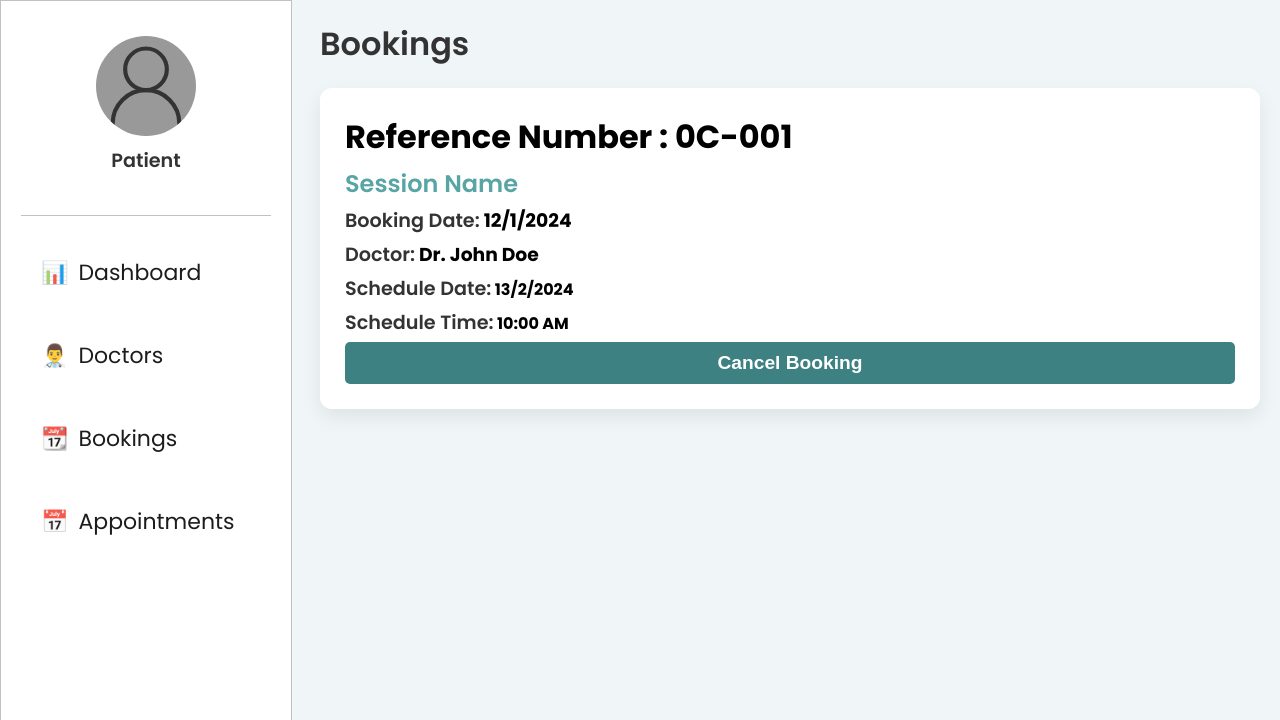
Repository: AriaFantom/Minor-Project
Page: http://localhost/Project/dashboard/patient/booking.jsp
An editor plug-in stored every save of this project. The page is shown before and after the next save, followed by the edit.
The browser window is 1280 px wide. The pictures show the whole page.
Some web fonts or font styles are not loaded; a fallback is used. The page is served by Tomcat 10. Other server files are loaded and not shown. Queries for data that is not in the repository find no rows.

Above is the page before, as saved 2024-12-14 05:50:03.

### Project/src/main/webapp/dashboard/patient/booking.jsp
<%@ page language="java" contentType="text/html; charset=UTF-8"
    pageEncoding="UTF-8"%>
        <%@page import="java.sql.*" %>
<%@ page import="java.text.SimpleDateFormat" %>
<%@ page import="java.util.Date" %>
<!DOCTYPE html>
<html lang="en">
<head>
    <meta charset="UTF-8">
    <title>Title</title>
    <link rel="stylesheet" href="../../css/patient-panel.css">
</head>
<body>
<aside class="side-bar">
    <div class="user-info">
        <svg xmlns="http://www.w3.org/2000/svg" width="24" height="24" viewBox="0 0 24 24" fill="none"
             stroke="currentColor"
             stroke-width="1" stroke-linecap="round" stroke-linejoin="round" class="user-avatar">
            <circle cx="12" cy="8" r="5"/>
            <path d="M20 21a8 8 0 0 0-16 0"/>
        </svg>
        <p>Patient</p>
    </div>
    <ul class="siderbar-navlinks">
        <li>
            <a href="panel.jsp">
                <div class="icon">📊</div>
                Dashboard
            </a>
        </li>
        <li>
            <a href="doctor.jsp">
                <div class="icon">👨‍⚕️</div>
                Doctors
            </a>
        </li>
        <li>
            <a href="bookings.jsp">
                <div class="icon">📆</div>
                Bookings
            </a>
        </li>
        <li>
            <a href="appointments.jsp">
                <div class="icon">📅</div>
                Appointments
            </a>
        </li>
    </ul>
</aside>
<main>
    <div class="top-heading">
        <h4 class="panel-heading">Bookings</h4>
    </div>
    <div class="bookings-container">
        <div class="bookings-card">
            <h1>Reference Number : 0C-001</h1>
            <h2>Session Name</h2>
            <h3><span class="highlight-text">Booking Date:</span> 12/1/2024</h3>
            <h3><span class="highlight-text">Doctor:</span> Dr. John Doe</h3>
            <h4><span class="highlight-text">Schedule Date:</span> 13/2/2024</h4>
            <h4><span class="highlight-text">Schedule Time:</span> 10:00 AM</h4>
            <button class="add-button">Cancel Booking</button>
        </div>
    </div>
</main>
</body>
</html>

### Project/src/main/webapp/css/patient-panel.css
@import url('https://fonts.googleapis.com/css2?family=DM+Serif+Text:ital@0;1&family=PT+Sans:ital,wght@0,400;0,700;1,400;1,700&family=Poppins:ital,wght@0,100;0,200;0,300;0,400;0,500;0,600;0,700;0,800;0,900;1,100;1,200;1,300;1,400;1,500;1,600;1,700;1,800;1,900&family=Ubuntu:ital,wght@0,300;0,400;0,500;0,700;1,300;1,400;1,500;1,700&display=swap');

* {
    margin: 0;
    padding: 0;
}

body {
    background-color: #f0f6f8;
}


.side-bar {
    background: #fff;
    font-family: "Poppins", sans-serif;
    position: fixed;
    padding: 5px 20px;
    top: 0;
    left: 0;
    width: 250px;
    height: 100%;
    border: 1px solid rgba(51, 51, 51, 0.3);
    transition: 0.5s;
}

.user-info {
    display: flex;
    flex-direction: column;
    justify-content: center;
    align-items: center;
    padding: 30px 0px;
    border-bottom: 1px solid rgba(51, 51, 51, 0.3);
}

.user-avatar {
    width: 100px;
    height: 100px;
    border-radius: 50%;
    color: #333333;
    background: #999999;
}

.user-info p {
    margin: 10px 0;
    font-size: 1.2rem;
    font-weight: 600;
    color: #333333;
}

/* Nav Links */

.siderbar-navlinks {
    display: flex;
    flex-direction: column;
    gap: 10px;
    margin-top: 20px;
    list-style: none;
}

.side-bar li,
.side-bar a {
    text-decoration: none;
    font-size: 22px;
    display: flex;
    color: rgba(0, 0, 0, 0.89);
    gap: 10px;
    align-items: center;
    cursor: pointer;
    padding: 10px;
    transition: 0.5s;
}

.side-bar li:hover {
    background: #96c2c2;
    border-radius: 5px;
}

main {
    font-family: "Poppins", sans-serif;
    margin-left: 300px;
    padding: 20px;

}

.top-heading {
    display: flex;
    flex-direction: row;
    justify-content: space-between;
    margin-bottom: 20px;
}

.add-button {
    background-color: #3d8182;
    color: white;
    padding: 10px 20px;
    border-radius: 5px;
    font-size: 1.2rem;
    font-weight: 600;
    cursor: pointer;
    transition: 0.5s;
    border: none;
}

.panel-heading {
    font-size: 2rem;
    font-weight: 600;
    color: #333333;
}

.stats-container {
    display: grid;
    grid-template-columns: repeat(4, 1fr);
    gap: 20px;

    width: 100%;
}

.stats-card {
    background-color: white;
    border-radius: 12px;
    box-shadow: 0 8px 20px rgba(0, 0, 0, 0.08);
    padding: 25px;
    text-align: center;
    transition: all 0.3s ease;
    position: relative;
    overflow: hidden;
}

.stats-card:hover {
    transform: translateY(-10px);
    box-shadow: 0 12px 25px rgba(0, 0, 0, 0.12);
}

.stats-icon {
    font-size: 45px;
    margin-bottom: 15px;
    opacity: 0.7;
}

.stats-number {
    font-size: 36px;
    font-weight: bold;
    color: #2c3e50;
    margin-bottom: 10px;
}

.stats-label {
    font-size: 14px;
    color: #7f8c8d;
    text-transform: uppercase;
    letter-spacing: 1px;
}

/* All the tables in the main section */
.container {
    margin: 20px 10px;
    display: flex;
    gap: 40px;
    justify-content: space-between;
}

.appointment-table {
    width: 100%;
    border-collapse: collapse;
    background-color: #fff;
    border-radius: 10px;
    box-shadow: 0 4px 6px rgba(0, 0, 0, 0.1);
    overflow: hidden;
}

.appointment-table caption {
    font-size: 1.5em;
    font-weight: bold;
    padding: 10px;
    text-align: center;
    background-color: #f1f1f1;
    border-bottom: 2px solid #ddd;
}

.appointment-table th, .appointment-table td {

    padding: 12px 18px;
    text-align: center;
    border-bottom: 1px solid #ddd;
}

.appointment-table th {
    background-color: #f8f9fa;
    color: #555;
}

.appointment-table tr:hover {
    background-color: #f1f1f1;
}

.appointment-table td {
    font-size: 1em;
}

.bookings-container {
    display: flex;
    flex-direction: column;
    gap: 4px;
}

.bookings-card,
.doctor-card {
    cursor: pointer;
    display: flex;
    flex-direction: column;
    gap: 5px;
    background-color: white;
    border-radius: 12px;
    box-shadow: 0 8px 20px rgba(0, 0, 0, 0.08);
    padding: 25px;
    text-align: start;
    transition: all 0.3s ease;
    position: relative;
    overflow: hidden;
}

.bookings-card:hover,
.doctor-card:hover {
    box-shadow: 0 12px 25px rgba(0, 0, 0, 0.12);
}

.bookings-card h2 {
    font-size: 1.5rem;
    font-weight: 600;
    color: #59a5a6;
}

.highlight-text {
    font-size: 1.2rem;
    font-weight: 600;
    color: #333333;
}
.searchbar-header {
    display: flex;
    flex-direction: row;
    justify-content: space-between;
    align-items: center;
    margin-bottom: 20px;
    width: 100%;
}
.searchbar-header input {
    padding: 10px;
    border-radius: 5px;
    border: 1px solid #ccc;
    width: 300px;
    font-size: 1.2rem;
}
.searchbar-header button {
    padding: 10px 20px;
    border-radius: 5px;
    background-color: #3d8182;
    color: white;
    font-size: 1.2rem;
    font-weight: 600;
    cursor: pointer;
    border: none;
}

.doctors-container {
    display: flex;
    flex-wrap: wrap;
    gap: 20px;
}
.doctor-card {
	width: 300px;
	height: 300px;
    padding: 20px 40px;
    display: flex;
    flex-direction: column;
    align-items: center;
    text-align: center;
}


.slots-container {
        margin-top: 10px;
    }
.slots-label {
        font-weight: bold;
        color: #333;
    }
.slots-select {
        margin-top: 5px;
        width: 100%;
        padding: 5px;
        border-radius: 4px;
        border: 1px solid #ccc;
        font-size: 14px;
        background: #fff;
    }
.no-schedules {
        margin-top: 5px;
        color: #888;
        font-size: 14px;
}
.alert {
            padding: 15px;
            margin: 20px auto;
            border-radius: 4px;
            width: 95%;
            font-size: 16px;
            text-align: center;
}
.alert-success {
            color: #155724;
            background-color: #d4edda;
            border: 1px solid #c3e6cb;
}
.alert-danger {
            color: #721c24;
            background-color: #f8d7da;
            border: 1px solid #f5c6cb;
 }
.errordiv {
	display: flex;
	flex-direction: column;
	align-items:center;
	justify-content:center;
	background-color: #96c2c2;
	height: 100vh;
	width: 100%;
	font-family: "Poppins", sans-serif;
}

.errordiv h1 {
	text-transform: uppercase;
}

After the next save:
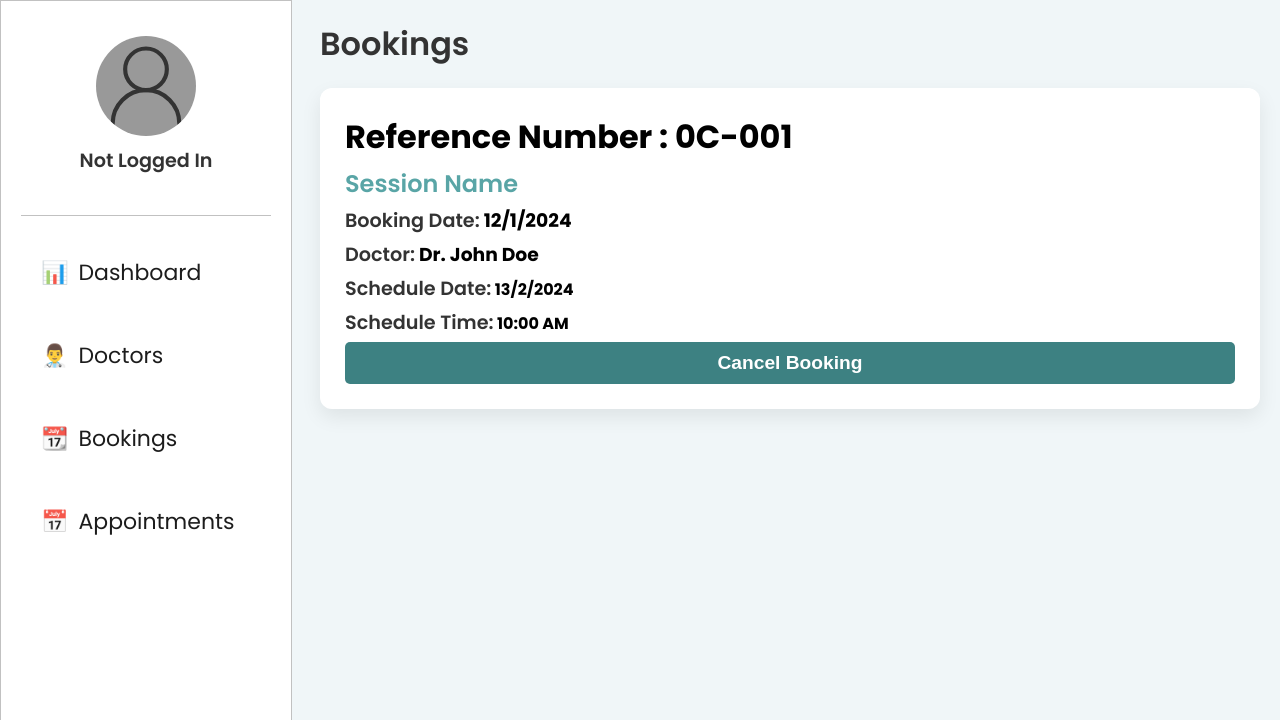
Saved 32 s later.
--- a/Project/src/main/webapp/dashboard/patient/booking.jsp
+++ b/Project/src/main/webapp/dashboard/patient/booking.jsp
@@ -19,7 +19,31 @@
             <circle cx="12" cy="8" r="5"/>
             <path d="M20 21a8 8 0 0 0-16 0"/>
         </svg>
-        <p>Patient</p>
+        <%
+                String username = "";
+                String doctorEmail = (String) session.getAttribute("email");
+                Connection conn = null;
+                PreparedStatement pstm = null;
+                ResultSet rs = null;
+                try {
+                    Class.forName("com.mysql.cj.jdbc.Driver");
+                    String url="jdbc:mysql://localhost:3306/minorproject";
+                    String uid="root";
+                    String upass="1234";
+                    conn=DriverManager.getConnection(url,uid,upass);
+
+                    pstm = conn.prepareStatement("SELECT username from patients where email = ?");
+                    pstm.setString(1, doctorEmail);
+                    rs = pstm.executeQuery();
+                    if (rs.next()) {
+                        username = rs.getString("username");
+                    }
+                } catch (Exception e) {
+                    e.printStackTrace();
+                }
+            %>
+
+        <p><%= username != null && !username.trim().isEmpty() ? username : "Not Logged In" %></p>
     </div>
     <ul class="siderbar-navlinks">
         <li>
